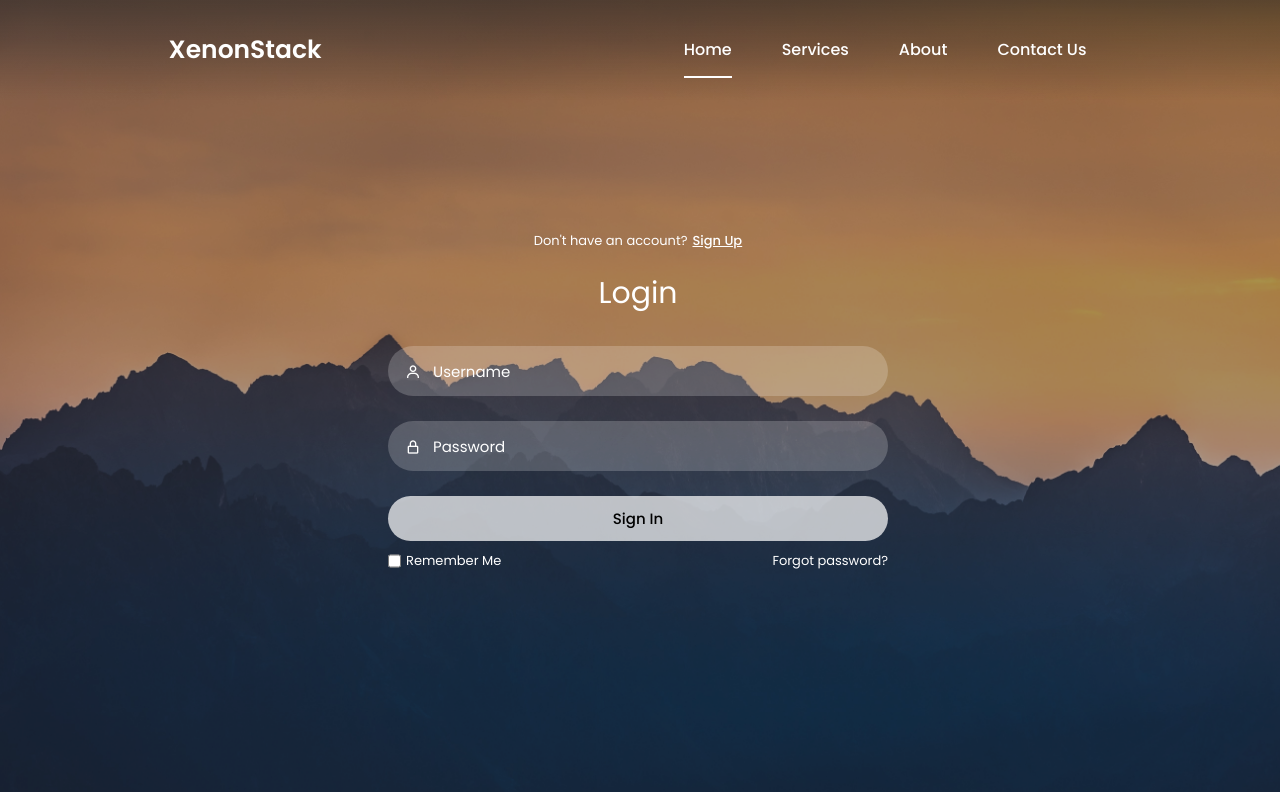
Repository: Abhikumar9061/Round2
Page: index.html
These files come from the project's save history. The page is drawn as it stood at one moment and after the next save; the edit follows.
The browser window is 1280 px wide. The pictures show the whole page.
Backgrounds fixed to the window are drawn as part of the page.

Above is the page before, as saved 2024-01-10 12:25:59.

### index.html
<!DOCTYPE html>
<html lang="en">
  <head>
    <meta charset="UTF-8" />
    <meta http-equiv="X-UA-Compatible" content="IE=edge" />
    <meta name="viewport" content="width=device-width, initial-scale=1.0" />
    <link
      href="https://unpkg.com/boxicons@2.1.4/css/boxicons.min.css"
      rel="stylesheet"
    />
    <link rel="stylesheet" href="style.css" />
    <title>Technical Round | Login & Registration</title>
  </head>
  <body>
    <div class="wrapper">
      <nav class="nav">
        <div class="nav-logo">
          <p>XenonStack</p>
        </div>
        <div class="nav-menu" id="navMenu">
          <ul>
            <li><a href="#" class="link active">Home</a></li>
            <li><a href="#" class="link">Services</a></li>
            <li><a href="#" class="link">About</a></li>
            <li><a href="#" class="link">Contact Us</a></li>
          </ul>
        </div>
        <!-- Rest of the navigation content remains the same -->
      </nav>

      <div class="form-box">
        <div class="login-container" id="login">
          <div class="top">
            <span
              >Don't have an account?
              <a href="#" onclick="register()">Sign Up</a></span
            >
            <header>Login</header>
          </div>
          <form action="/login" method="POST">
            <div class="input-box">
              <input
                type="text"
                class="input-field"
                placeholder="Username"
                name="username"
              />
              <i class="bx bx-user"></i>
            </div>
            <div class="input-box">
              <input
                type="password"
                class="input-field"
                placeholder="Password"
                name="password"
              />
              <i class="bx bx-lock-alt"></i>
            </div>
            <div class="input-box">
              <input type="submit" class="submit" value="Sign In" />
            </div>
          </form>
          <div class="two-col">
            <div class="one">
              <input type="checkbox" id="login-check" />
              <label for="login-check"> Remember Me</label>
            </div>
            <div class="two">
              <label><a href="#">Forgot password?</a></label>
            </div>
          </div>
        </div>

        <div class="register-container" id="register">
          <div class="top">
            <span
              >Have an account? <a href="#" onclick="login()">Login</a></span
            >
            <header>Sign Up</header>
          </div>
          <form action="/register" method="POST">
            <div class="two-forms">
              <div class="input-box">
                <input
                  type="text"
                  class="input-field"
                  placeholder="Firstname"
                  name="firstname"
                />
                <i class="bx bx-user"></i>
              </div>
              <div class="input-box">
                <input
                  type="text"
                  class="input-field"
                  placeholder="Lastname"
                  name="lastname"
                />
                <i class="bx bx-user"></i>
              </div>
            </div>
            <div class="input-box">
              <input
                type="text"
                class="input-field"
                placeholder="Email"
                name="email"
              />
              <i class="bx bx-envelope"></i>
            </div>
            <div class="input-box">
              <input
                type="password"
                class="input-field"
                placeholder="Password"
                name="password"
              />
              <i class="bx bx-lock-alt"></i>
            </div>
            <div class="input-box">
              <input type="submit" class="submit" value="Register" />
            </div>
          </form>
          <div class="two-col">
            <div class="one">
              <input type="checkbox" id="register-check" />
              <label for="register-check"> Remember Me</label>
            </div>
            <div class="two">
              <label><a href="#">Terms & conditions</a></label>
            </div>
          </div>
        </div>
      </div>
    </div>

    <script>
      function myMenuFunction() {
        var i = document.getElementById("navMenu");

        if (i.className === "nav-menu") {
          i.className += " responsive";
        } else {
          i.className = "nav-menu";
        }
      }

      var a = document.getElementById("loginBtn");
      var b = document.getElementById("registerBtn");
      var x = document.getElementById("login");
      var y = document.getElementById("register");

      function login() {
        x.style.left = "4px";
        y.style.right = "-520px";
        a.className += " white-btn";
        b.className = "btn";
        x.style.opacity = 1;
        y.style.opacity = 0;
      }

      function register() {
        x.style.left = "-510px";
        y.style.right = "5px";
        a.className = "btn";
        b.className += " white-btn";
        x.style.opacity = 0;
        y.style.opacity = 1;
      }
    </script>
  </body>
</html>

### style.css
/* POPPINS FONT */
@import url('https://fonts.googleapis.com/css2?family=Poppins:wght@400;500;600;700&display=swap');

*{
    margin: 0;
    padding: 0;
    box-sizing: border-box;
    font-family: 'Poppins', sans-serif;
}
body{
    background: url("images/1.jpg");
    background-size: cover;
    background-repeat: no-repeat;
    background-attachment: fixed;
    overflow: hidden;
}
.wrapper{
    display: flex;
    justify-content: center;
    align-items: center;
    min-height: 110vh;
    background: rgba(39, 39, 39, 0.4);
}
.nav{
    position: fixed;
    top: 0;
    display: flex;
    justify-content: space-around;
    width: 100%;
    height: 100px;
    line-height: 100px;
    background: linear-gradient(rgba(39,39,39, 0.6), transparent);
    z-index: 100;
}
.nav-logo p{
    color: white;
    font-size: 25px;
    font-weight: 600;
}
.nav-menu ul{
    display: flex;
}
.nav-menu ul li{
    list-style-type: none;
}
.nav-menu ul li .link{
    text-decoration: none;
    font-weight: 500;
    color: #fff;
    padding-bottom: 15px;
    margin: 0 25px;
}
.link:hover, .active{
    border-bottom: 2px solid #fff;
}
.nav-button .btn{
    width: 130px;
    height: 40px;
    font-weight: 500;
    background: rgba(255, 255, 255, 0.4);
    border: none;
    border-radius: 30px;
    cursor: pointer;
    transition: .3s ease;
}
.btn:hover{
    background: rgba(255, 255, 255, 0.3);
}
#registerBtn{
    margin-left: 15px;
}
.btn.white-btn{
    background: rgba(255, 255, 255, 0.7);
}
.btn.btn.white-btn:hover{
    background: rgba(255, 255, 255, 0.5);
}
.nav-menu-btn{
    display: none;
}
.form-box{
    position: relative;
    display: flex;
    align-items: center;
    justify-content: center;
    width: 512px;
    height: 420px;
    overflow: hidden;
    z-index: 2;
}
.login-container{
    position: absolute;
    left: 4px;
    width: 500px;
    display: flex;
    flex-direction: column;
    transition: .5s ease-in-out;
}
.register-container{
    position: absolute;
    right: -520px;
    width: 500px;
    display: flex;
    flex-direction: column;
    transition: .5s ease-in-out;
}
.top span{
    color: #fff;
    font-size: small;
    padding: 10px 0;
    display: flex;
    justify-content: center;
}
.top span a{
    font-weight: 500;
    color: #fff;
    margin-left: 5px;
}
header{
    color: #fff;
    font-size: 30px;
    text-align: center;
    padding: 10px 0 30px 0;
}
.two-forms{
    display: flex;
    gap: 10px;
}
.input-field{
    font-size: 15px;
    background: rgba(255, 255, 255, 0.2);
    color: #fff;
    height: 50px;
    width: 100%;
    padding: 0 10px 0 45px;
    border: none;
    border-radius: 30px;
    outline: none;
    transition: .2s ease;
}
.input-field:hover, .input-field:focus{
    background: rgba(255, 255, 255, 0.25);
}
::-webkit-input-placeholder{
    color: #fff;
}
.input-box i{
    position: relative;
    top: -35px;
    left: 17px;
    color: #fff;
}
.submit{
    font-size: 15px;
    font-weight: 500;
    color: black;
    height: 45px;
    width: 100%;
    border: none;
    border-radius: 30px;
    outline: none;
    background: rgba(255, 255, 255, 0.7);
    cursor: pointer;
    transition: .3s ease-in-out;
}
.submit:hover{
    background: rgba(255, 255, 255, 0.5);
    box-shadow: 1px 5px 7px 1px rgba(0, 0, 0, 0.2);
}
.two-col{
    display: flex;
    justify-content: space-between;
    color: #fff;
    font-size: small;
    margin-top: 10px;
}
.two-col .one{
    display: flex;
    gap: 5px;
}
.two label a{
    text-decoration: none;
    color: #fff;
}
.two label a:hover{
    text-decoration: underline;
}
@media only screen and (max-width: 786px){
    .nav-button{
        display: none;
    }
    .nav-menu.responsive{
        top: 100px;
    }
    .nav-menu{
        position: absolute;
        top: -800px;
        display: flex;
        justify-content: center;
        background: rgba(255, 255, 255, 0.2);
        width: 100%;
        height: 90vh;
        backdrop-filter: blur(20px);
        transition: .3s;
    }
    .nav-menu ul{
        flex-direction: column;
        text-align: center;
    }
    .nav-menu-btn{
        display: block;
    }
    .nav-menu-btn i{
        font-size: 25px;
        color: #fff;
        padding: 10px;
        background: rgba(255, 255, 255, 0.2);
        border-radius: 50%;
        cursor: pointer;
        transition: .3s;
    }
    .nav-menu-btn i:hover{
        background: rgba(255, 255, 255, 0.15);
    }
}
@media only screen and (max-width: 540px) {
    .wrapper{
        min-height: 100vh;
    }
    .form-box{
        width: 100%;
        height: 500px;
    }
    .register-container, .login-container{
        width: 100%;
        padding: 0 20px;
    }
    .register-container .two-forms{
        flex-direction: column;
        gap: 0;
    }
}

After the next save:
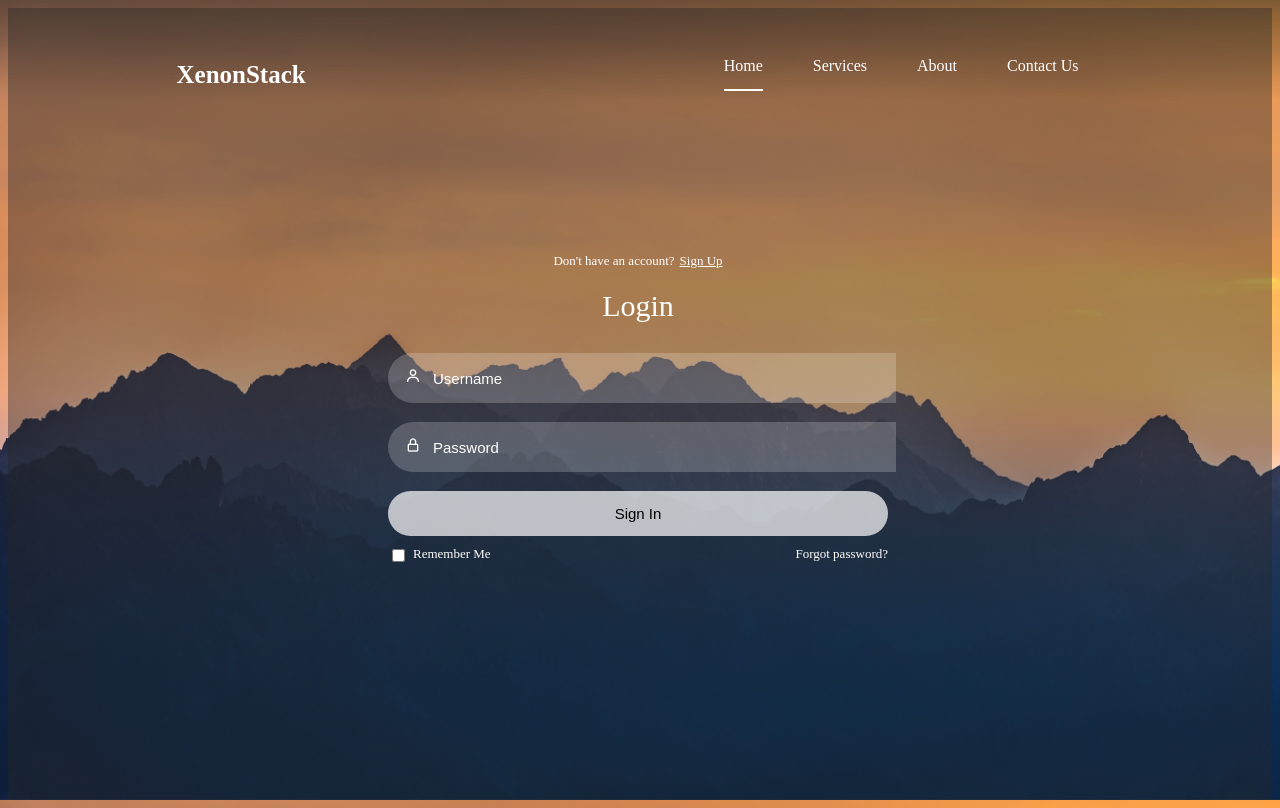
Saved 99 s later.
--- a/style.css
+++ b/style.css
@@ -1,4 +1,5 @@
-/* POPPINS FONT */
+console.log('CSS file loaded');
+
 @import url('https://fonts.googleapis.com/css2?family=Poppins:wght@400;500;600;700&display=swap');
 
 *{

After the save that followed:
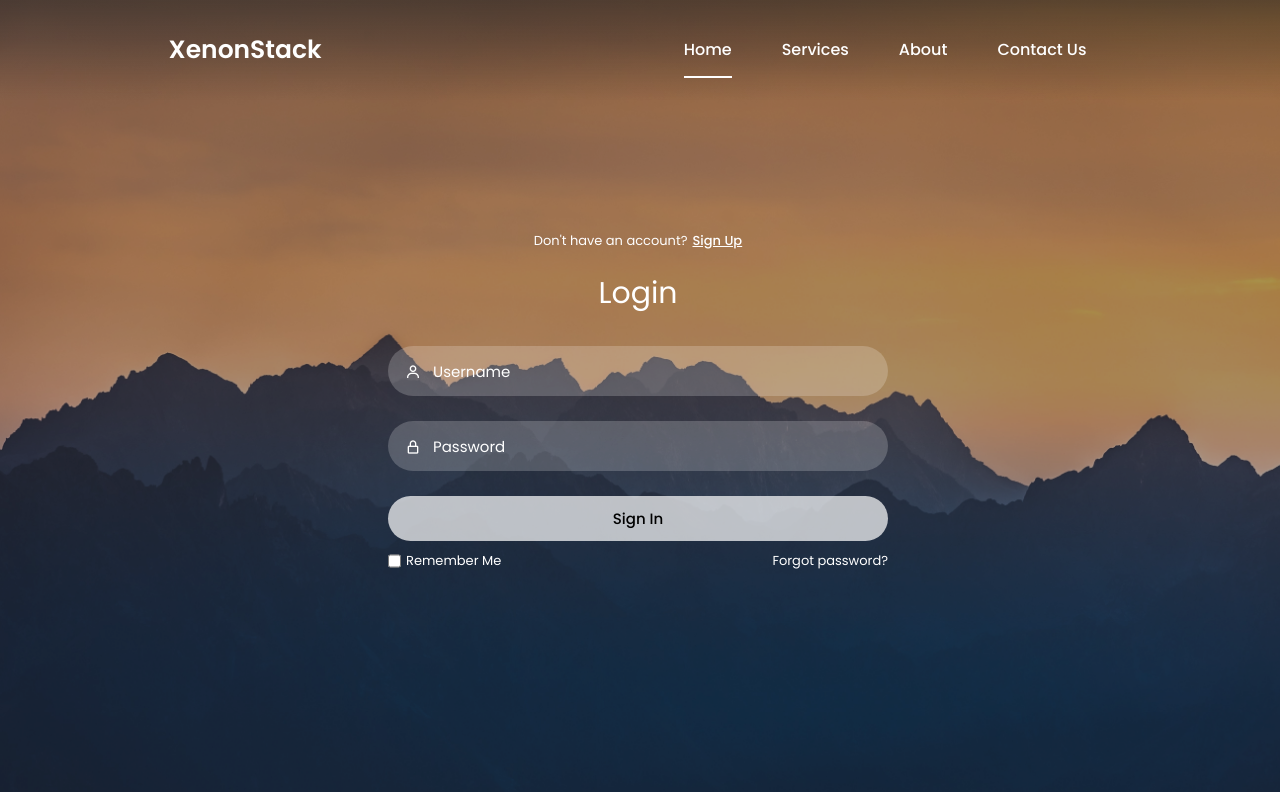
Saved 35 s later.
--- a/style.css
+++ b/style.css
@@ -1,5 +1,3 @@
-console.log('CSS file loaded');
-
 @import url('https://fonts.googleapis.com/css2?family=Poppins:wght@400;500;600;700&display=swap');
 
 *{
